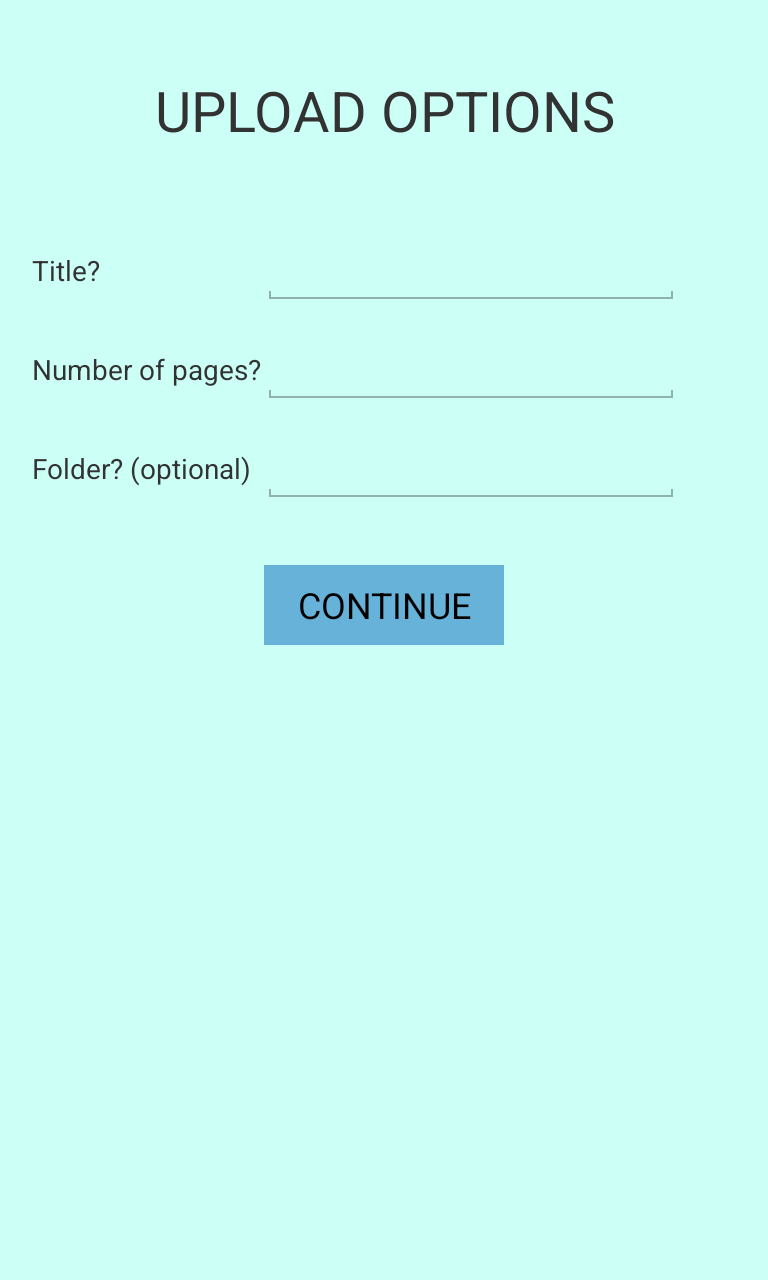
Repository: nick11roberts/Moka-Scanr
Layout: Document Uploader/res/layout/activity_options.xml
An editor plug-in stored every save of this project. The layout is shown before and after a run of saves, followed by the edit.
It is drawn on a 768 x 1280 px phone screen (xhdpi) without system bars, with theme android:Theme.Holo.Light.NoActionBar; the app's code is not run. The app's manifest (not shown) leaves right-to-left support off. So textAlignment, textDirection and layoutDirection are ignored, and left and right values win over start and end ones.

Above is the layout before, as saved 2014-05-31 04:57:14.

### Document Uploader/res/layout/activity_options.xml
<LinearLayout xmlns:android="http://schemas.android.com/apk/res/android"
    xmlns:tools="http://schemas.android.com/tools"
    android:layout_width="match_parent"
    android:layout_height="match_parent"
    android:background="@color/bg_color"
    android:baselineAligned="true"
    android:gravity="center_horizontal"
    android:orientation="vertical"
    android:paddingBottom="@dimen/activity_vertical_margin"
    android:paddingLeft="@dimen/activity_horizontal_margin"
    android:paddingRight="@dimen/activity_horizontal_margin"
    android:paddingTop="@dimen/activity_vertical_margin"
    tools:context=".MainActivity" >

    <TextView
        android:layout_width="match_parent"
        android:layout_height="wrap_content"
        android:paddingBottom="20dp"
        android:paddingTop="20dp"
        android:text="@string/options_heading"
        android:textAlignment="center"
        android:gravity="center"
        android:textAllCaps="true"
        android:textSize="28sp" />

    <TableLayout
        android:layout_width="match_parent"
        android:layout_height="wrap_content"
        android:paddingBottom="20dp"
        android:paddingTop="20dp" >

        <TableRow
            android:id="@+id/tableRowDocumentTitle"
            android:layout_width="wrap_content"
            android:layout_height="wrap_content"
            android:paddingBottom="10dp" >

            <TextView
                android:id="@+id/textView2"
                android:layout_width="wrap_content"
                android:layout_height="wrap_content"
                android:text="@string/options_title" />

            <EditText
                android:id="@+id/inputTextDocumentTitle"
                android:layout_width="wrap_content"
                android:layout_height="wrap_content"
                android:ems="10"
                android:inputType="text" />

        </TableRow>

        <TableRow
            android:id="@+id/tableRowNumOfPages"
            android:layout_width="wrap_content"
            android:layout_height="wrap_content"
            android:paddingBottom="10dp" >

            <TextView
                android:id="@+id/textView1"
                android:layout_width="wrap_content"
                android:layout_height="wrap_content"
                android:text="@string/options_pages" />

            <EditText
                android:id="@+id/inputTextNumOfPages"
                android:layout_width="wrap_content"
                android:layout_height="wrap_content"
                android:ems="10"
                android:inputType="number">

            </EditText>

        </TableRow>

        <TableRow
            android:id="@+id/tableRowFolder"
            android:layout_width="wrap_content"
            android:layout_height="wrap_content"
            android:paddingBottom="10dp" >

            <TextView
                android:id="@+id/textView3"
                android:layout_width="wrap_content"
                android:layout_height="wrap_content"
                android:text="@string/options_folder" />

            <EditText
                android:id="@+id/inputTextFolder"
                android:layout_width="wrap_content"
                android:layout_height="wrap_content"
                android:inputType="text"
                android:ems="10" />

        </TableRow>
    </TableLayout>

	<Button
	    android:id="@+id/optionsButton"
	    android:layout_width="120dp"
	    android:layout_height="40dp"
	    android:background="@color/button_color"
	    android:text="@string/options_button_go"
	    android:textAlignment="center" />

</LinearLayout>

### Document Uploader/res/values/colors.xml
<?xml version="1.0" encoding="utf-8"?>
<resources>
   <color name="button_color">#66B2D9</color>
   <color name="bg_color">#CCFFF6</color>
   <color name="border_color">#000000</color>
</resources>

### Document Uploader/res/values/strings.xml
<?xml version="1.0" encoding="utf-8"?>
<resources>

    <string name="app_name">PDF-Drive</string>
    <string name="action_settings">Settings</string>

    <!-- MAIN ACTIVITY -->
    <string name="main_heading">Upload a new PDF?</string>
    <string name="main_button_upload">BEGIN</string>

    <!-- OPTIONS ACTIVITY -->
    <string name="options_heading">Upload options</string>
    <string name="options_pages">Number of pages?</string>
    <string name="options_title">Title?</string>
    <string name="options_folder">Folder? (optional)</string>
    <string name="options_button_go">CONTINUE</string>

    <!-- PREVIEW ACTIVITY -->
    <string name="preview_heading">Upload this document to Google Drive?</string>
    <string name="preview_button_upload">UPLOAD</string>
    <string name="preview_button_cancel">CANCEL</string>

</resources>

Loaded but not shown: Document Uploader/res/values/dimens.xml (common file); Document Uploader/res/values-w820dp/dimens.xml (common file)

After the next 2 saves:
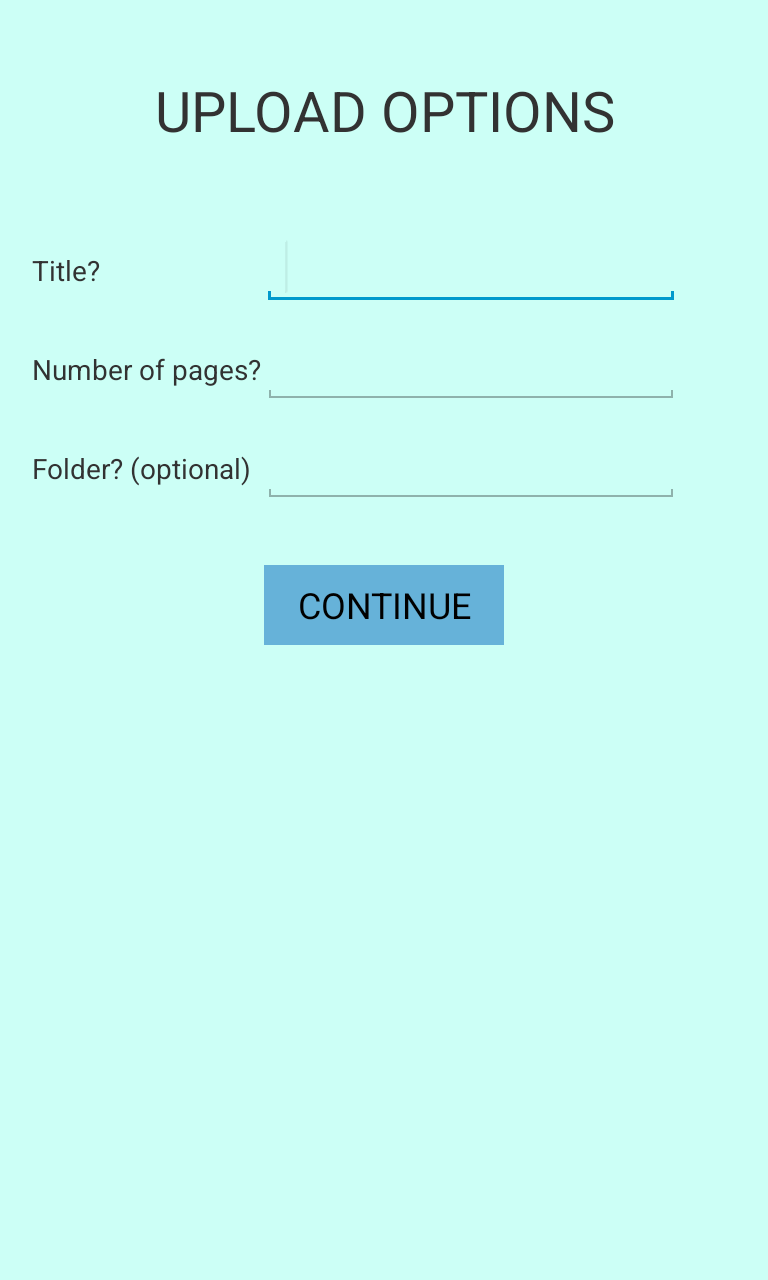
The 2 saves are shown as one change because 1 did not build or start.
The last was saved 51 s later.
--- a/Document Uploader/res/layout/activity_options.xml
+++ b/Document Uploader/res/layout/activity_options.xml
@@ -46,7 +46,10 @@
                 android:layout_width="wrap_content"
                 android:layout_height="wrap_content"
                 android:ems="10"
-                android:inputType="text" />
+                android:inputType="text" >
+
+                <requestFocus />
+            </EditText>
 
         </TableRow>
 
